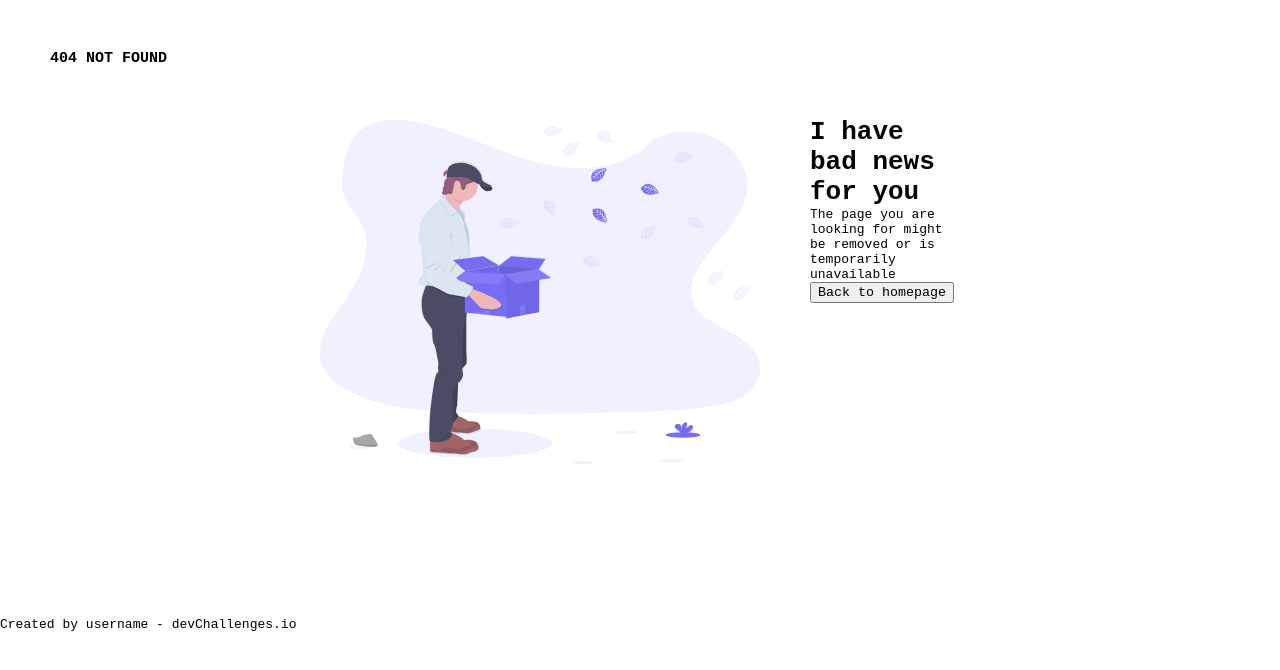
Repository: georgisenze/404-not-found-challeng
Page: index.html
These files come from the project's save history. The page is drawn as it stood at one moment and after the next save; the edit follows.
The browser window is 1280 px wide. The pictures show the whole page.

Above is the page before, as saved 2023-02-21 06:42:00.

After the next save:
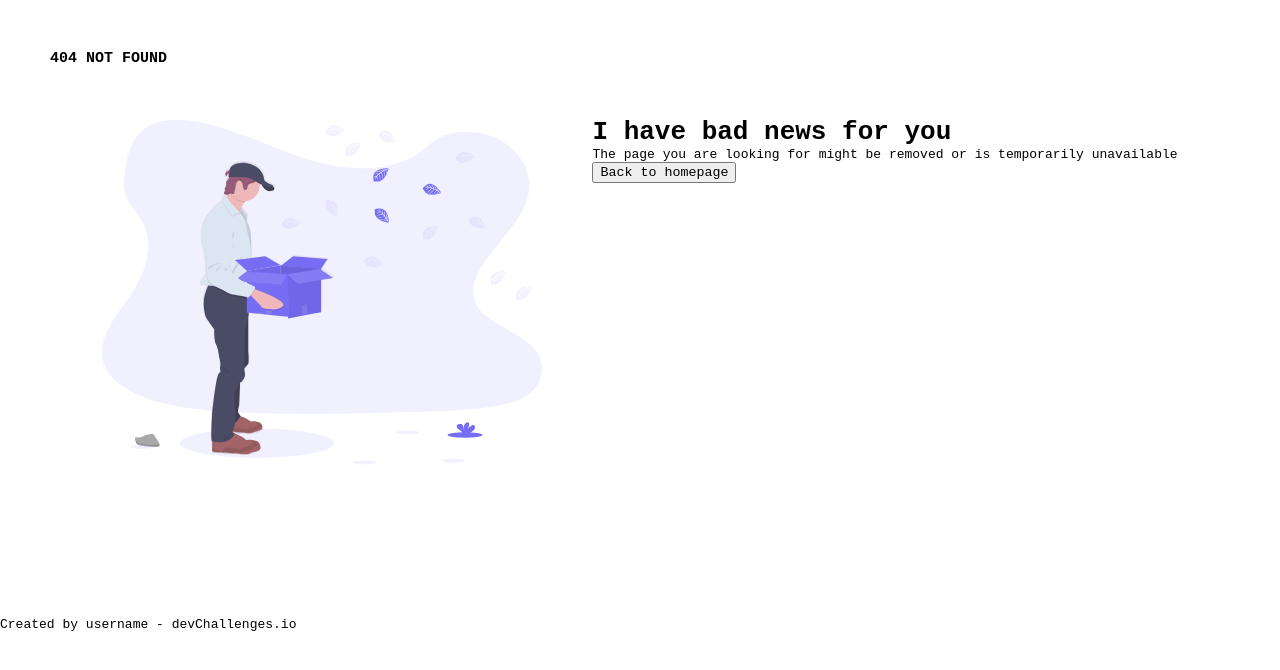
Saved 8 s later.
--- a/assets/css/style.css
+++ b/assets/css/style.css
@@ -37,6 +37,6 @@
 }
 
 .rigth{
-
+    d
     width: 150px;
 }

After the 4 saves that followed:
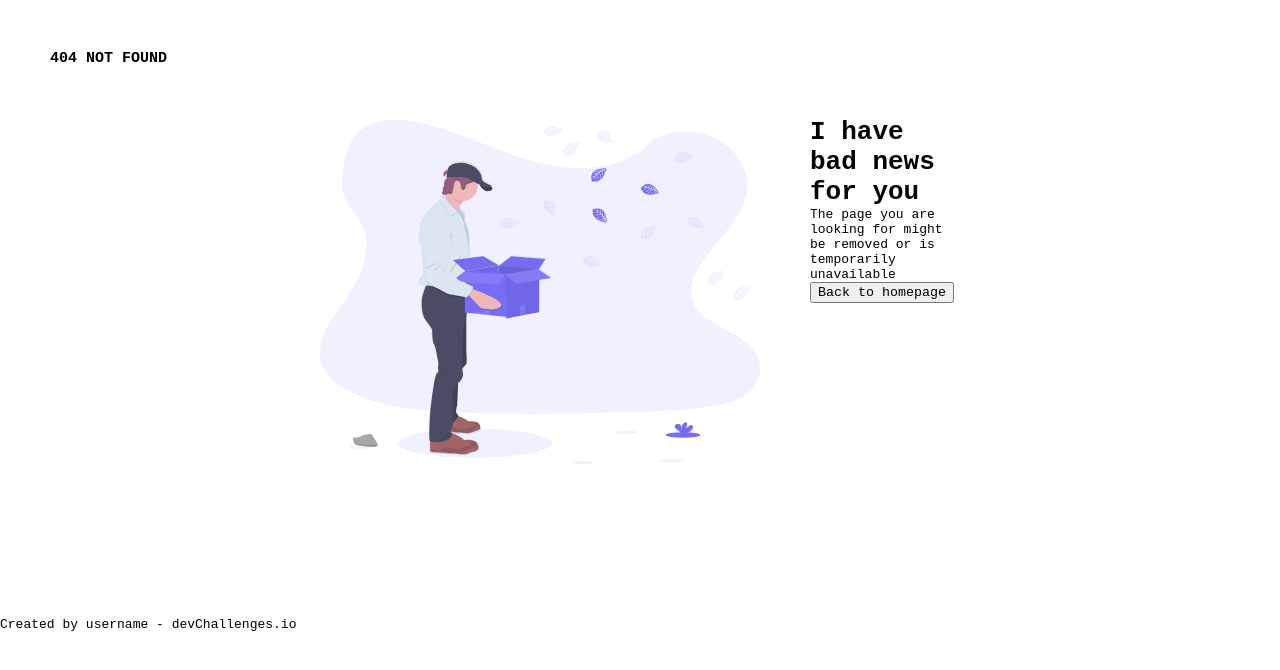
The 4 saves are shown as one change because they came seconds apart.
The last was saved 8 s later.
--- a/assets/css/style.css
+++ b/assets/css/style.css
@@ -37,6 +37,7 @@
 }
 
 .rigth{
-    d
+    display: block;
+    justify-content: ;
     width: 150px;
 }
